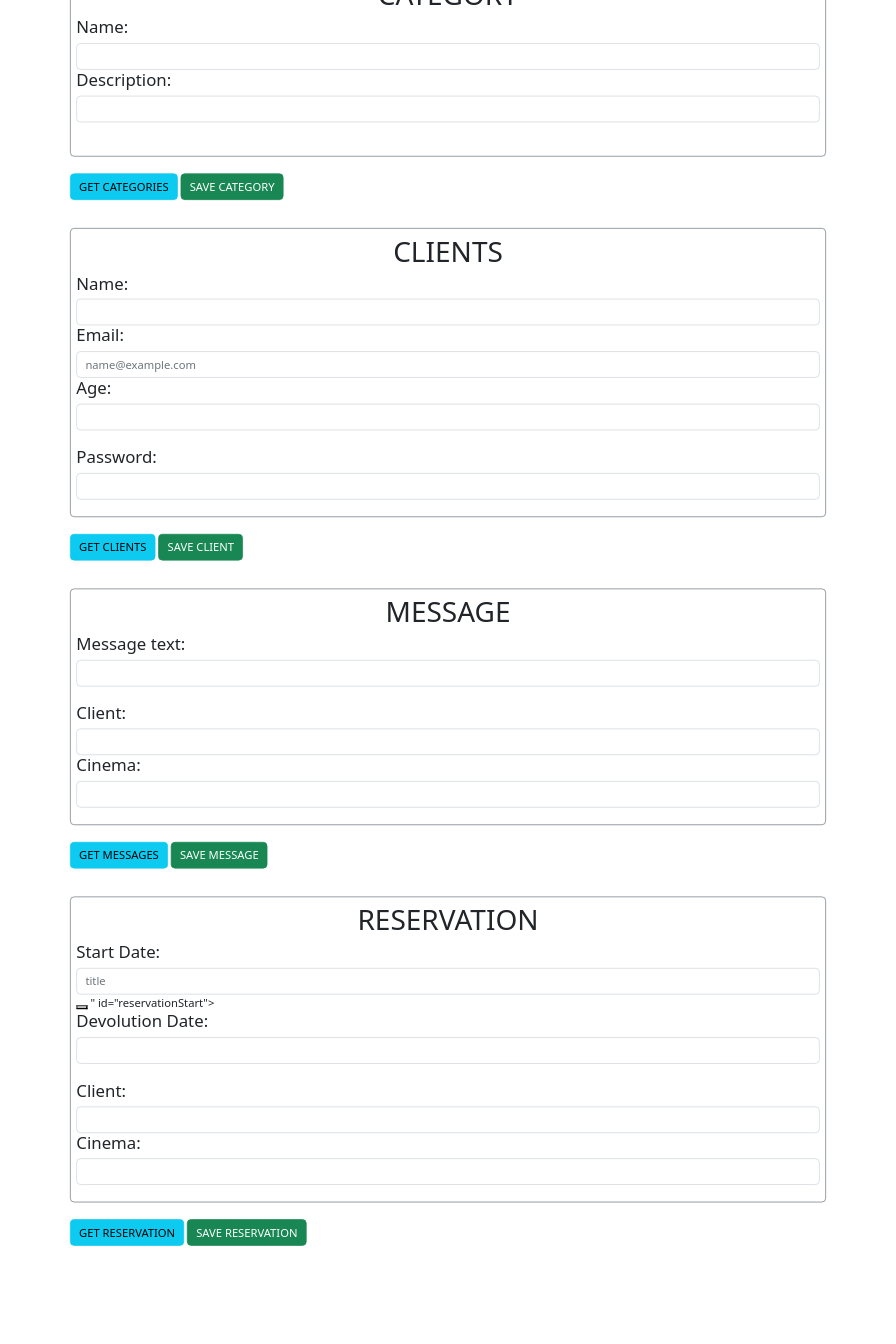
Repository: almendezl/MisionTIC
Page: index.html
An editor plug-in stored every save of this project. The page is shown before and after the next save, followed by the edit.
The browser window is 1280 px wide. The pictures show the part of the page from y = 754 to 2674 px (the page is 2674 px tall), at 70% of full size.

Above is the page before, as saved 2022-10-10 13:24:03.

### index.html
<html lang="en">
<head>
    <meta charset="UTF-8">
    <meta http-equiv="X-UA-Compatible" content="IE=edge">
    <meta name="viewport" content="width=device-width, initial-scale=1.0">
    <link rel="stylesheet" href="styles.css">
    <title>MISION TIC 2022 RETO 2</title>
</head>
<script src="https://cdn.jsdelivr.net/npm/axios/dist/axios.min.js"></script>
<!-- add jquery api -->
<script src="https://ajax.googleapis.com/ajax/libs/jquery/3.6.1/jquery.min.js"></script>
<!-- add bootstrap -->
<link href="https://cdn.jsdelivr.net/npm/bootstrap@5.2.1/dist/css/bootstrap.min.css" rel="stylesheet" integrity="sha384-iYQeCzEYFbKjA/T2uDLTpkwGzCiq6soy8tYaI1GyVh/UjpbCx/TYkiZhlZB6+fzT" crossorigin="anonymous">
<!-- add the file with the script -->
<script type="text/javascript" src="myScript.js"></script>
<body>
    <!-- cinema front -->
    <div class=" p-2 rounded border border-secondary" >
        <h1 class="text-center">CINEMA</h1>
        <form action="">

            <div class="form-group">
                <h4 class="label label-default" >Owner: </h4>
                <input class="form-control" type="text" id="cinemaOwner">
            </div>

            <div class="form-group">
                <h4 class="label label-default" >Capacity: </h4>
                <input class="form-control" type="number" id="cinemaCapacity" >
            </div>

            <div class="form-group">
                <h4 class="label label-default" >Category Id: </h4>
                <input class="form-control" type="number" id="cinemaCategory">
            </div>

            <div class="form-group">
                <h4 class="label label-default" >Name: </h4>
                <input class="form-control" type="text" id="cinemaName"><br>
            </div>
            <div class="form-group">
                <h4 class="label label-default" >Description: </h4>
                <input class="form-control" type="text" id="cinemaDescription"><br>
            </div>

        </form>
    </div>
    <br>
    <div id="cinemaAlert">

    </div>

    <button class="btn btn-info" onclick="getCinemas()">GET CINEMAS</button>

    <button class="btn btn-success" onclick="setCinema()">SAVE CINEMA</button><br>

    <div id="editCinema">
        <br>

    </div>



    <table class="table table-striped" id="cinemasList">

    </table>
<!-- Category front  -->
<div class=" p-2 rounded border border-secondary" >
    <h1 class="text-center">CATEGORY</h1>

    <form action="" >
        <div class="form-group">
            <h4 class="label label-default" >Name: </h4>
            <input class="form-control" type="text" id="categoryName">
        </div>

        <div class="form-group">
            <h4 class="label label-default" >Description: </h4>
            <input class="form-control" type="text" id="categoryDescription"><br>
        </div>


    </form>
</div>
<br>

<div id="categoryAlert">

</div>



<button class="btn btn-info" onclick="getCategory()">GET CATEGORIES</button>

<button class="btn btn-success" onclick="setCategory()">SAVE CATEGORY</button>

<div id="editCategory">
    <br>

</div>

<table class="table table-striped" id="categoryList">


</table>
    <!-- Clients front  -->
    <div class=" p-2 rounded border border-secondary" >
    <h1 class="text-center">CLIENTS</h1>
        <form action="">


            <div class="form-group">
                <h4 class="label label-default" >Name: </h4>
                <input class="form-control" type="text" id="clientName">
            </div>

            <div class="form-group">
                <h4 class="label label-default" >Email: </h4>
                <input class="form-control" type="text" id="clientEmail" placeholder="name@example.com">
            </div>

            <div class="form-group">
                <h4 class="label label-default" >Age: </h4>
                <input class="form-control" type="number" id="clientAge"><br>
            </div>
            <div class="form-group">
                <h4 class="label label-default" >Password: </h4>
                <input class="form-control" type="password" id="clientPassword">
            </div>

        </form>
    </div>
    <br>

    <div id="clientAlert">

    </div>

    <button class="btn btn-info" onclick="getClients()">GET CLIENTS</button>

    <button class="btn btn-success" onclick="setClient()">SAVE CLIENT</button>

    <div id="editClient">
        <br>

    </div>

    <table class="table table-striped" id="clientsList">


    </table>

    <!-- Message front  -->
    <div class=" p-2 rounded border border-secondary" >
        <h1 class="text-center">MESSAGE</h1>

        <form action="" >


            <div class="form-group">
                <h4 class="label label-default" >Message text: </h4>
                <input class="form-control" type="text" id="messageText"><br>
            </div>

            <div class="form-group">
                <h4 class="label label-default" >Client: </h4>
                <input class="form-control" type="number" id="messageClient">
            </div>

            <div class="form-group">
                <h4 class="label label-default" >Cinema: </h4>
                <input class="form-control" type="number" id="messageCinema">
            </div>


        </form>
    </div>
    <br>

    <div id="messageAlert">

    </div>



    <button class="btn btn-info" onclick="getMessages()">GET MESSAGES</button>

    <button class="btn btn-success" onclick="setMessage()">SAVE MESSAGE</button>

    <div id="editMessage">
        <br>

    </div>

    <table class="table table-striped" id="messagesList">


    </table>

<!-- RESERVATION    front  -->
<div class=" p-2 rounded border border-secondary" >
    <h1 class="text-center">RESERVATION</h1>

    <form action="" >


        <div class="form-group">
            <h4 class="label label-default" >Start Date: </h4>
            <input class="form-control" type="<mat-form-field>
                <input matInput [matDatepicker]="picker" placeholder="title">
                <mat-datepicker-toggle matSuffix [for]="picker"></mat-datepicker-toggle>
                <button matSuffix [matDatepickerToggle]="picker"></button>
                <mat-datepicker #picker></mat-datepicker>
            </mat-form-field>
            " id="reservationStart"><br>
        </div>
        <div class="form-group">
            <h4 class="label label-default" >Devolution Date: </h4>
            <input class="form-control" type="datetime" id="reservationDevolution"><br>
        </div>

        <div class="form-group">
            <h4 class="label label-default" >Client: </h4>
            <input class="form-control" type="number" id="reservationClient">
        </div>

        <div class="form-group">
            <h4 class="label label-default" >Cinema: </h4>
            <input class="form-control" type="number" id="reservationCinema">
        </div>


    </form>
</div>
<br>

<div id="reservationAlert">

</div>



<button class="btn btn-info" onclick="getReservations()">GET RESERVATION</button>

<button class="btn btn-success" onclick="setReservation()">SAVE RESERVATION</button>

<div id="editReservation">
    <br>

</div>

<table class="table table-striped" id="reservationsList">


</table>


</body>
</html>

### styles.css
body {

    padding: 100px 100px;
  }

Loaded but not shown: myScript.js (773 lines, source omitted)

After the next save:
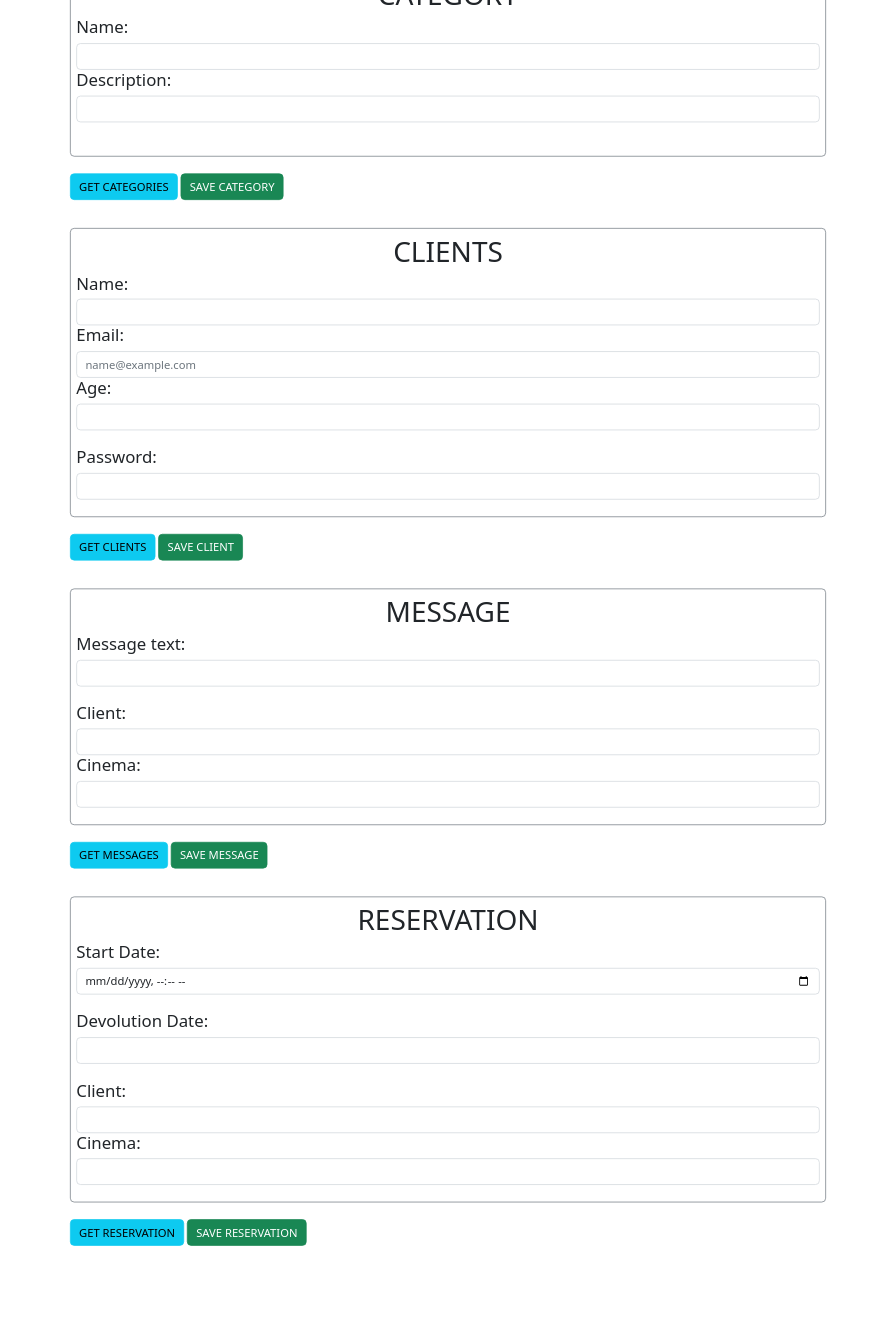
Saved 24 s later.
--- a/index.html
+++ b/index.html
@@ -206,13 +206,7 @@
 
         <div class="form-group">
             <h4 class="label label-default" >Start Date: </h4>
-            <input class="form-control" type="<mat-form-field>
-                <input matInput [matDatepicker]="picker" placeholder="title">
-                <mat-datepicker-toggle matSuffix [for]="picker"></mat-datepicker-toggle>
-                <button matSuffix [matDatepickerToggle]="picker"></button>
-                <mat-datepicker #picker></mat-datepicker>
-            </mat-form-field>
-            " id="reservationStart"><br>
+            <input class="form-control" type="datetime-local" id="reservationStart"><br>
         </div>
         <div class="form-group">
             <h4 class="label label-default" >Devolution Date: </h4>
